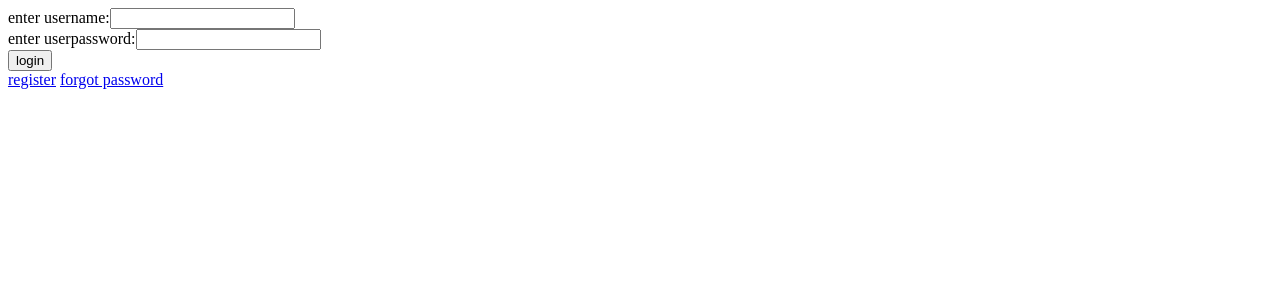
Repository: pradnyashinde20/Advance_Java
Page: ProductCrudProject/src/main/webapp/Login.html
The author's editor kept a copy of each file at every save. The page is drawn from the files as they stood at one save, then again after the next save.
The browser window is 1280 px wide. The pictures show the whole page.

Above is the page before, as saved 2025-11-22 11:31:40.

### ProductCrudProject/src/main/webapp/Login.html
<!DOCTYPE html>
<html>
<head>
<meta charset="ISO-8859-1">
<title>Insert title here</title>
</head>
<body>
<form action="login" method="post">
enter username:<input type="text" name="un" id="un"><br/>
enter userpassword:<input type="text" name="pass" id="pass"><br/>
<button type="submit" name="sub" id="sub">login</button>
</form>
<a href="register.html">register</a>
<a href="forgotpassword.html">forgot password</a>
</body>
</html>

After the next save:
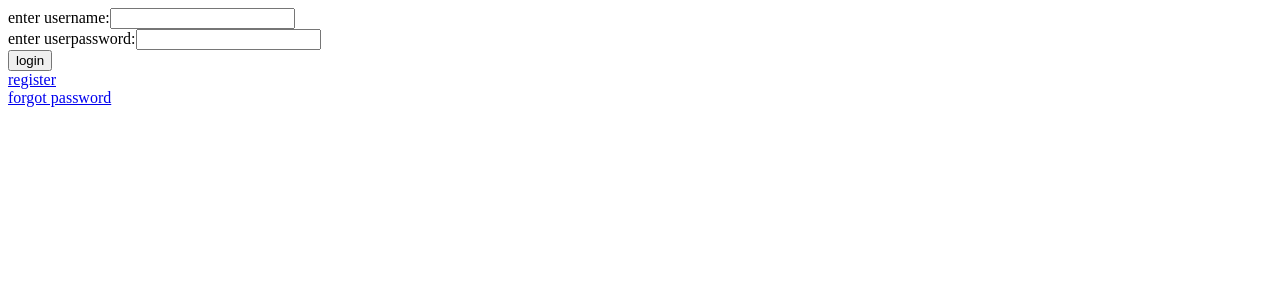
Saved 19 s later.
--- a/ProductCrudProject/src/main/webapp/Login.html
+++ b/ProductCrudProject/src/main/webapp/Login.html
@@ -10,7 +10,7 @@ enter username:<input type="text" name="un" id="un"><br/>
 enter userpassword:<input type="text" name="pass" id="pass"><br/>
 <button type="submit" name="sub" id="sub">login</button>
 </form>
-<a href="register.html">register</a>
-<a href="forgotpassword.html">forgot password</a>
+<a href="register.html">register</a><br/>
+<a href="forgotpassword.html">forgot password</a><br/>
 </body>
 </html>
